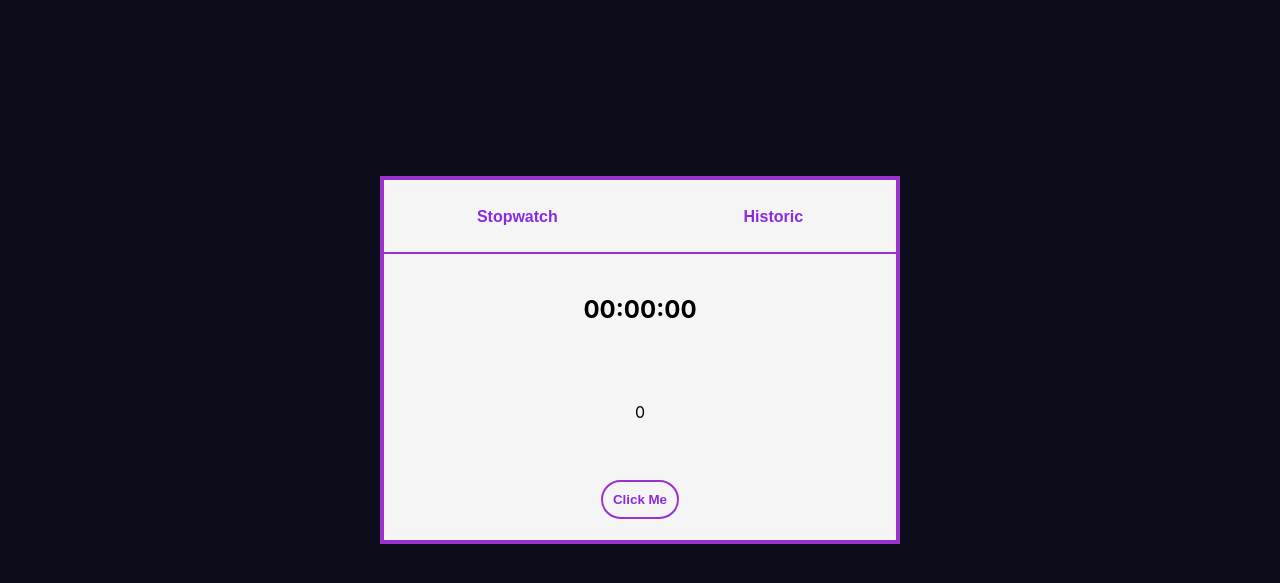
Repository: NicolasRSJ/fastdoubleclick
Page: /
These files come from the project's save history. The page is drawn as it stood at one moment and after the next save; the edit follows.
The browser window is 1280 px wide. The pictures show the whole page.
The project was rebuilt for these pictures with package versions that can differ from the ones it lists, and the page was loaded fresh each time.

Above is the page before, as saved 2022-10-27 22:36:15.

After the next save:
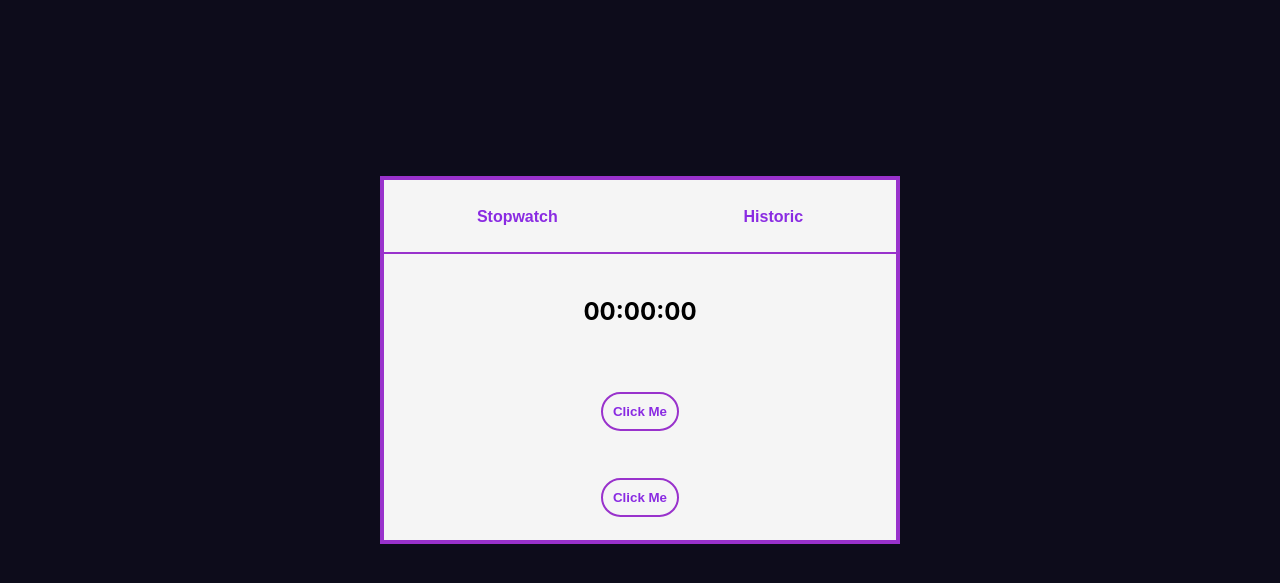
Saved 64 s later.
--- a/src/Views/Stopwatch/Index.jsx
+++ b/src/Views/Stopwatch/Index.jsx
@@ -12,7 +12,6 @@ export const Stopwatch = () => {
         if(start) {
             interval = setInterval(() => {
                 setTime((time) => time + 10);
-                console.log(time)
             }, 10);
         }else if (!start){
             clearInterval(interval);
@@ -33,8 +32,8 @@ export const Stopwatch = () => {
                 <span>{("0" + (Math.floor(time / 1000) % 60)).slice(-2)}:</span>
                 <span>{("0" + (Math.floor(time / 10) % 100)).slice(-2)}</span>
             </h1>
-            <p>{time}</p>
             <button onClick={() => {setStart(true)}}>Click Me</button>
+            <button onClick={() => {setStart(false)}}>Click Me</button>
         </section>
     </div>
   )
